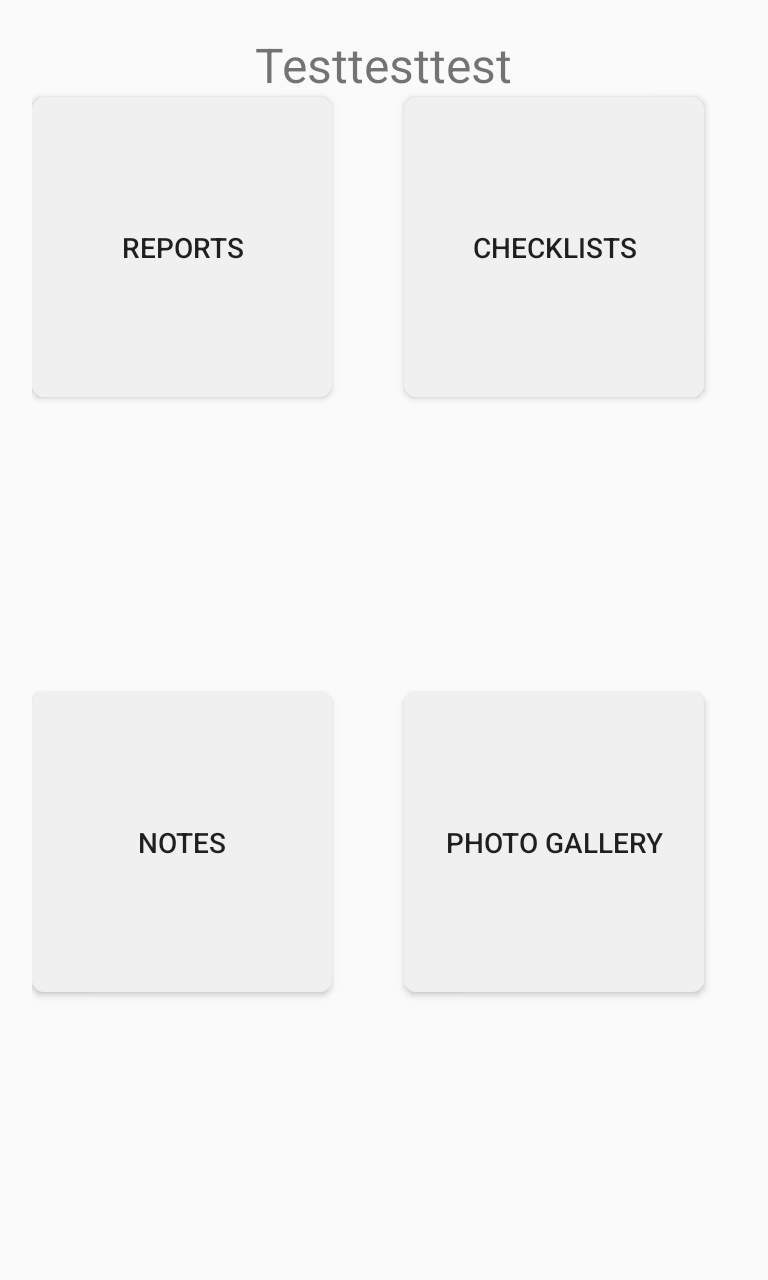
Repository: TheDizzler/shiny-octo-robot
Layout: Qdap/res/layout/fragment_categories.xml
An editor plug-in stored every save of this project. The layout is shown before and after the next save, followed by the edit.
It is drawn on a 768 x 1280 px phone screen (xhdpi) without system bars, with theme AppTheme; the app's code is not run.

Above is the layout before, as saved 2014-05-14 23:49:11.

### Qdap/res/layout/fragment_categories.xml
<GridLayout xmlns:android="http://schemas.android.com/apk/res/android"
    xmlns:tools="http://schemas.android.com/tools"
    android:id="@+id/GridLayout1"
    android:layout_width="wrap_content"
    android:layout_height="wrap_content"
    android:layout_gravity="center"
    android:columnCount="2"
    android:orientation="horizontal"
    android:paddingBottom="@dimen/activity_vertical_margin"
    android:paddingLeft="@dimen/activity_horizontal_margin"
    android:paddingRight="@dimen/activity_horizontal_margin"
    android:paddingTop="@dimen/activity_vertical_margin"
    android:rowCount="3"
    tools:context="vdindustries.reportsview.Categories$PlaceholderFragment" >

    <TextView
        android:id="@+id/project_name"
        android:layout_width="wrap_content"
        android:layout_height="wrap_content"
        android:layout_columnSpan="2"
        android:layout_gravity="center"
        android:layout_row="0"
        android:text="Testtesttest"
        android:shadowRadius="15"
        android:shadowDx="15"
        android:textSize="24sp"/>


    <Button
        android:id="@+id/reports"
        android:layout_width="150dp"
        android:layout_height="150dp"
        android:layout_column="0"
        android:layout_gravity="center"
        android:layout_marginBottom="10dp"
        android:layout_marginRight="10dp"
        android:layout_row="1"
        android:background="@drawable/custom_button"
        android:onClick="reports"
        android:text="@string/reports" />

    <Button
        android:id="@+id/checklists"
        android:layout_width="150dp"
        android:layout_height="150dp"
        android:layout_column="1"
        android:layout_gravity="center"
        android:layout_marginBottom="10dp"
        android:layout_marginLeft="10dp"
        android:layout_row="1"
        android:background="@drawable/custom_button"
        android:onClick="checklists"
        android:text="@string/checklists" />





    <Space
        android:layout_column="1"
        android:layout_gravity="fill_vertical"
        android:layout_row="2" />

    <Button
        android:id="@+id/notes"
        android:layout_width="150dp"
        android:layout_height="150dp"
        android:layout_column="0"
        android:layout_gravity="center"
        android:layout_marginRight="10dp"
        android:layout_marginTop="10dp"
        android:layout_row="2"
        android:background="@drawable/custom_button"
        android:onClick="notes"
        android:text="@string/notes" />

    <Button
        android:id="@+id/photo"
        android:layout_width="150dp"
        android:layout_height="150dp"
        android:layout_column="1"
        android:layout_gravity="center"
        android:layout_marginLeft="10dp"
        android:layout_marginTop="10dp"
        android:layout_row="2"
        android:background="@drawable/custom_button"
        android:onClick="photo"
        android:text="@string/photo" />



</GridLayout>

### Qdap/res/drawable-hdpi/custom_button.xml
<selector xmlns:android="http://schemas.android.com/apk/res/android">
    <item android:drawable="@drawable/round_corner_clicked"
        android:state_pressed="true"></item>
    <item android:drawable="@drawable/round_corner_normal"></item>
</selector>

### Qdap/res/values/strings.xml
<?xml version="1.0" encoding="utf-8"?>
<resources>

    <string name="app_name">Qdap - Quality Dev App</string>
    <string name="title_trade_detail">Trade Detail</string>
    <string name="title_activity_login">Login</string>
    <string name="title">Title</string>
    <string name="username">User name: </string>
    <string name="password">Password: </string>
    <string name="project">Project: </string>
    <string name="login">Login</string>
    <string name="notes">Notes</string>
    <string name="checklists">Checklists</string>
    <string name="reports">Reports</string>
    <string name="photo">Photo Gallery</string>
    <string name="action_settings">Settings</string>
    <string name="title_activity_categories">Categories</string>
    <string name="hello_world">Hello world!</string>
    <string name="title_activity_floors">Floors</string>
    <string name="title_activity_checklist">Checklist</string>
    <string name="title_activity_expandable_list_fragment">ExpandableListFragment</string>
    <string name="title_activity_floor_fragment">FloorFragment</string>

</resources>

### Qdap/res/drawable-hdpi/round_corner_clicked.xml
<shape xmlns:android="http://schemas.android.com/apk/res/android"
    android:shape="rectangle">
    <solid android:color="#8c93a6"/>
    <corners android:radius="6dp"/>
</shape>

### Qdap/res/drawable-hdpi/round_corner_normal.xml
<shape xmlns:android="http://schemas.android.com/apk/res/android"
    android:shape="rectangle">
    <solid android:color="#f0f0f0"/>
    <corners android:radius="6dp"/>
</shape>

Loaded but not shown: Qdap/res/values/styles.xml (common file); Qdap/res/values-v11/styles.xml (common file); Qdap/res/values-v14/styles.xml (common file); Qdap/res/values/dimens.xml (common file); Qdap/res/values-w820dp/dimens.xml (common file)

After the next save:
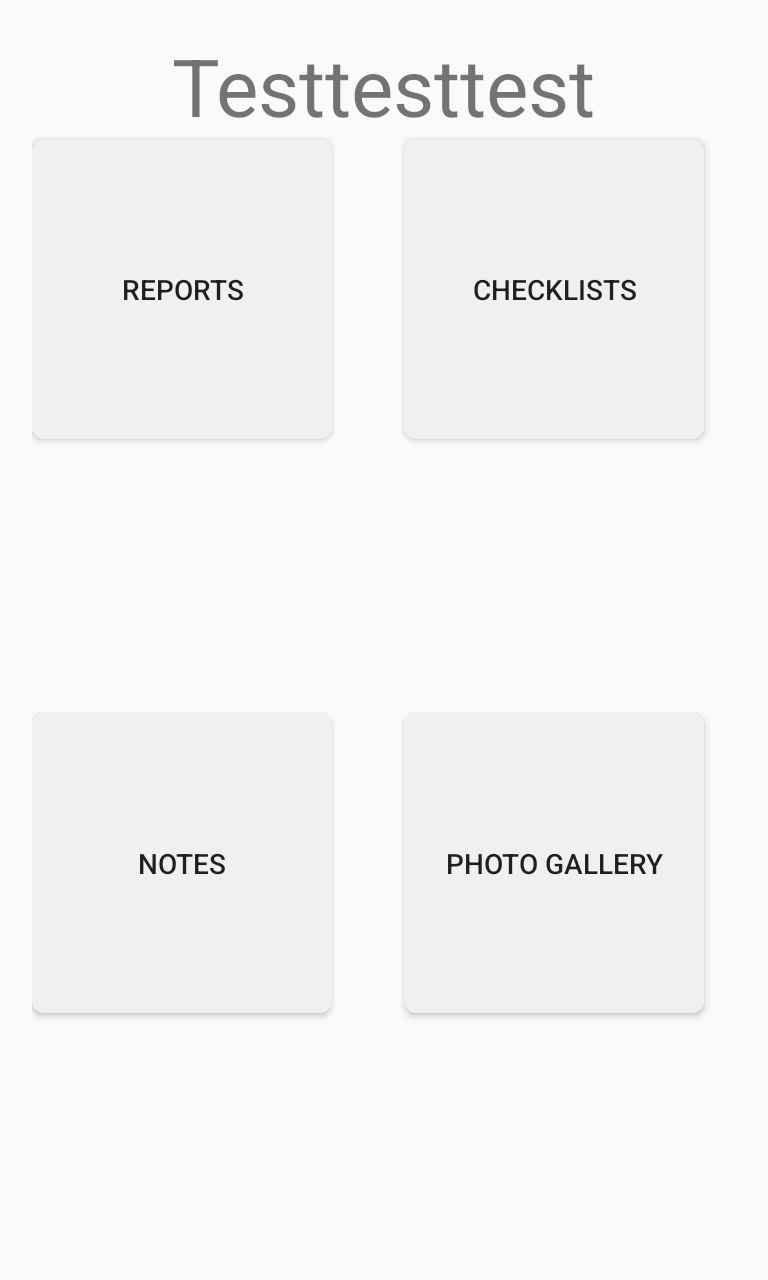
Saved 19 s later.
--- a/Qdap/res/layout/fragment_categories.xml
+++ b/Qdap/res/layout/fragment_categories.xml
@@ -23,7 +23,7 @@
         android:text="Testtesttest"
         android:shadowRadius="15"
         android:shadowDx="15"
-        android:textSize="24sp"/>
+        android:textSize="40sp"/>
 
 
     <Button
